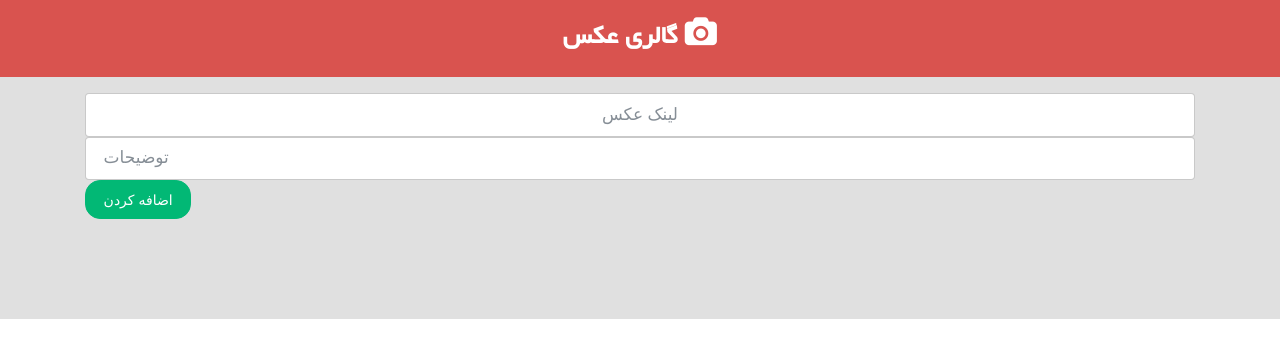
Repository: sadegh1379/PhotoWall-app
Page: /addphoto
The author's editor kept a copy of each file at every save. The page is drawn from the files as they stood at one save, then again after the next save.
The browser window is 1280 px wide. The pictures show the whole page.
The project was rebuilt for these pictures with package versions that can differ from the ones it lists, and the page was loaded fresh each time. Also part of the build but not shown: src/Component/Photo.js, src/Component/PhotoWall.js.

Above is the page before, as saved 2020-02-22 13:18:33.

### public/index.html
<!DOCTYPE html>
<html lang="en">
  <head>
    <meta charset="utf-8" />
    <link rel="icon" href="%PUBLIC_URL%/favicon.ico" />
    <meta name="viewport" content="width=device-width, initial-scale=1" />
    <meta name="theme-color" content="#000000" />
    <link rel="stylesheet" href="https://stackpath.bootstrapcdn.com/font-awesome/4.7.0/css/font-awesome.min.css">
    <meta
      name="description"
      content="Web site created using create-react-app"
    />
    <link rel="apple-touch-icon" href="%PUBLIC_URL%/logo192.png" />
    <!--
      manifest.json provides metadata used when your web app is installed on a
      user's mobile device or desktop. See https://developers.google.com/web/fundamentals/web-app-manifest/
    -->
    <link rel="manifest" href="%PUBLIC_URL%/manifest.json" />
    <!--
      Notice the use of %PUBLIC_URL% in the tags above.
      It will be replaced with the URL of the `public` folder during the build.
      Only files inside the `public` folder can be referenced from the HTML.

      Unlike "/favicon.ico" or "favicon.ico", "%PUBLIC_URL%/favicon.ico" will
      work correctly both with client-side routing and a non-root public URL.
      Learn how to configure a non-root public URL by running `npm run build`.
    -->
    <title>React App</title>
  </head>
  <body>
    <noscript>You need to enable JavaScript to run this app.</noscript>
    <div id="root"></div>
    <!--
      This HTML file is a template.
      If you open it directly in the browser, you will see an empty page.

      You can add webfonts, meta tags, or analytics to this file.
      The build step will place the bundled scripts into the <body> tag.

      To begin the development, run `npm start` or `yarn start`.
      To create a production bundle, use `npm run build` or `yarn build`.
    -->
  </body>
</html>

### src/App.js
import React , { Component } from 'react';
import { BrowserRouter as Router , Route, Switch } from 'react-router-dom';
import Title from './Component/Title';
import PhotoWall from './Component/PhotoWall';
import './bootswatch.css';
import AddPhoto from './Component/AddPhoto';
import './App.css';

class App extends Component {

  constructor(){

      super()

      this.state = {
        posts : [
          {
            id : "0" ,
            description : "صادق اکبری" ,
            imageLink : "https://dkt6rvnu67rqj.cloudfront.net/cdn/ff/tpWy09V5tfN_Il2UBj8nPU4FZvPDpNBQSecbyXiqbuM/1574345660/public/styles/322x405/public/media/int_files/1008357.jpg?itok=c5qoLzeh"
          },
          {
           id : "1" ,
           description : "علی میرزایی" ,
           imageLink : "https://dkt6rvnu67rqj.cloudfront.net/cdn/ff/tpWy09V5tfN_Il2UBj8nPU4FZvPDpNBQSecbyXiqbuM/1574345660/public/styles/322x405/public/media/int_files/1008357.jpg?itok=c5qoLzeh"
         }
         ,{
           id : "5" ,
           description :" سارا ممبینی" ,
           imageLink :"https://thetyee.ca/Culture/2017/10/31/FawnLawn.jpg"

         },
         {
          id : "6" ,
          description : "صادق اکبری" ,
          imageLink : "https://dkt6rvnu67rqj.cloudfront.net/cdn/ff/tpWy09V5tfN_Il2UBj8nPU4FZvPDpNBQSecbyXiqbuM/1574345660/public/styles/322x405/public/media/int_files/1008357.jpg?itok=c5qoLzeh"
        },
        {
         id : "7" ,
         description : "علی میرزایی" ,
         imageLink : "https://www.iata.org/contentassets/d7c512eb9a704ba2a8056e3186a31921/cargo_live_animals_parrot.jpg?w=330&h=200&mode=crop&scale=both&v=20191213012337"
       }
       ,{
         id : "8" ,
         description :" سارا ممبینی" ,
         imageLink :"https://images.unsplash.com/photo-1497752531616-c3afd9760a11?ixlib=rb-1.2.1&w=1000&q=80"

       }
        ]

    }
  }

// Remove post
 onRemovePost = (removedPost) =>{

      this.setState((state)=>({
          posts : state.posts.filter(post => post !== removedPost)
      }))

  }

  render(){
      return (
        <div className="body">
              <Router>
                  <Title title="گالری عکس"/>
                  <Switch>

                      <Route exact path="/" render={()=>(
                              <div>
                                  <PhotoWall onRemovePost={this.onRemovePost} posts={this.state.posts}/>
                              </div>
                      )}/>

                        <Route exact path="/addphoto" component={AddPhoto}/>
                </Switch>
            </Router>
        </div>
      );
}
}

export default App;

### src/Component/Title.js
import React from 'react';
import PropTypes from 'prop-types';


function Title(props) {
    return (
            <p className=" bg-danger text-white py-3 p-title text-center">{props.title} <span className="fa fa-camera"></span></p>
    )
}

Title.propTypes = {
    title : PropTypes.string.isRequired
}

export default Title;

### src/Component/AddPhoto.js
import React, { Component } from 'react'

export class AddPhoto extends Component {
    render() {
        return (
            <div>
                <form className="container">
                    <input type="text" placeholder="لینک عکس" className="form-control text-center"/>
                    <input type="text" placeholder="توضیحات" className="form-control" />
                    <button type="submit" className="btn btn-success ">اضافه کردن</button>
                </form>
            </div>
        )
    }
}

export default AddPhoto;

### src/App.css
.p-title{
    font-size: 30px;
    color:white ;
    font-weight: bolder;
    font-family: 'Byekan';
}

.body{
    font-family: 'Brekan';
    background-color: #E0E0E0;
    padding-bottom: 100px;
}

 .photo-grid{
    /* max-width: 1000px; */
    margin: 0 auto;
    display: flex;
    flex-wrap: wrap;
    justify-content: center;
}

@font-face{
    font-family: 'Byekan';
    src:url('./Component/fonst/Yekan.ttf');
}

.photo-card{
  margin: 10px 10px;
  box-shadow: 5px 5px 5px 5px #888888;
}

.add-icon{
    text-align: center;
    margin: 20px auto;
    color:white  !important;
    background-color: rgb(62, 112, 75);
    padding: 20px;
    border-radius: 70px;


}

Loaded but not shown: src/index.js (common file); src/index.css (common file); src/bootswatch.css (library)

After the next save:
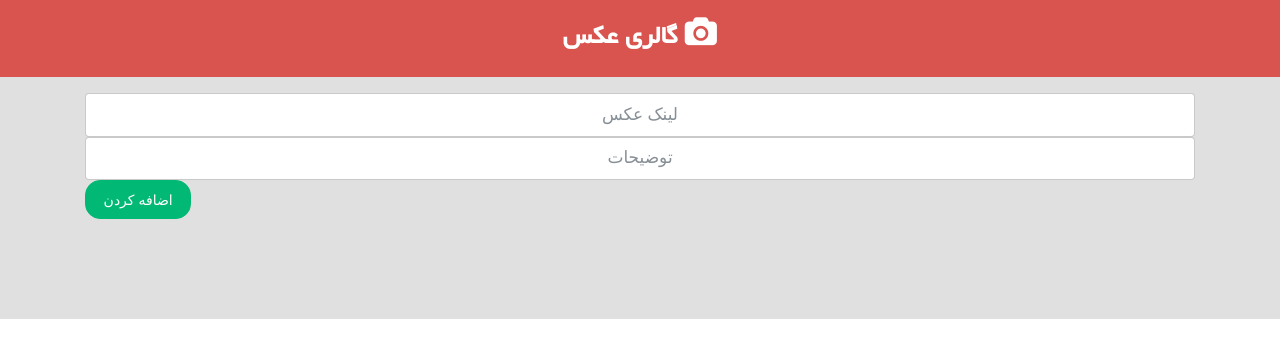
Saved 5 s later.
--- a/src/Component/AddPhoto.js
+++ b/src/Component/AddPhoto.js
@@ -6,7 +6,7 @@ export class AddPhoto extends Component {
             <div>
                 <form className="container">
                     <input type="text" placeholder="لینک عکس" className="form-control text-center"/>
-                    <input type="text" placeholder="توضیحات" className="form-control" />
+                    <input type="text" placeholder="توضیحات" className="form-control text-center" />
                     <button type="submit" className="btn btn-success ">اضافه کردن</button>
                 </form>
             </div>
